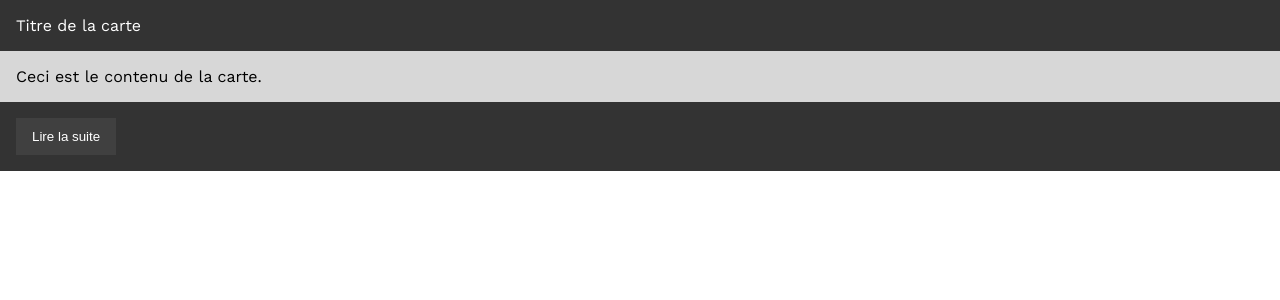
Repository: b3no1t/SASS--the-beginning
Page: exercices/cards/index.html
An editor plug-in stored every save of this project. The page is shown before and after the next save, followed by the edit.
The browser window is 1280 px wide. The pictures show the whole page.

Above is the page before, as saved 2025-01-31 14:09:39.

### exercices/cards/index.html
<!DOCTYPE html>
<html lang="fr">
  <head>
    <meta charset="UTF-8" />
    <meta name="viewport" content="width=device-width, initial-scale=1.0" />
    <meta name="author" content="Benoit Lepage" />
    <link rel="stylesheet" href="./assets/styles/main-prod.css">
    <title>Cards, a combination of BEM and SASS</title>
  </head>
  <body>

    <div class="card">
      <div class="card__header">
        Titre de la carte
      </div>
      <div class="card__body">
        Ceci est le contenu de la carte.
      </div>
      <div class="card__footer">
        <button class="card__button">
          Lire la suite
        </button>
      </div>
    </div>


  </body>
</html>

### exercices/cards/assets/styles/main-prod.css
@import url("https://fonts.googleapis.com/css2?family=Work+Sans:ital,wght@0,100..900;1,100..900&display=swap");
.card {
  font-family: "Work Sans", sans-serif;
}
.card__header {
  background-color: #333;
  color: #fff;
  padding: 1rem;
}
.card__body {
  background-color: #d7d7d7;
  padding: 1rem;
}
.card__footer {
  background-color: #333;
  color: #fff;
  padding: 1rem;
}

.card__button {
  color: #fff;
  padding: 0.7rem 1rem;
  border: none;
  cursor: pointer;
  background-color: hsl(0, 0%, 25%);
}
.card__button:hover {
  background-color: hsl(0, 0%, 65%);
}

*, *::before, *::after {
  box-sizing: border-box;
  margin: 0;
  padding: 0;
}

.cards {
  margin-top: 3em;
  display: flex;
  flex-wrap: wrap;
  gap: 1em;
  justify-content: center;
}

/*# sourceMappingURL=main-prod.css.map */

After the next save:
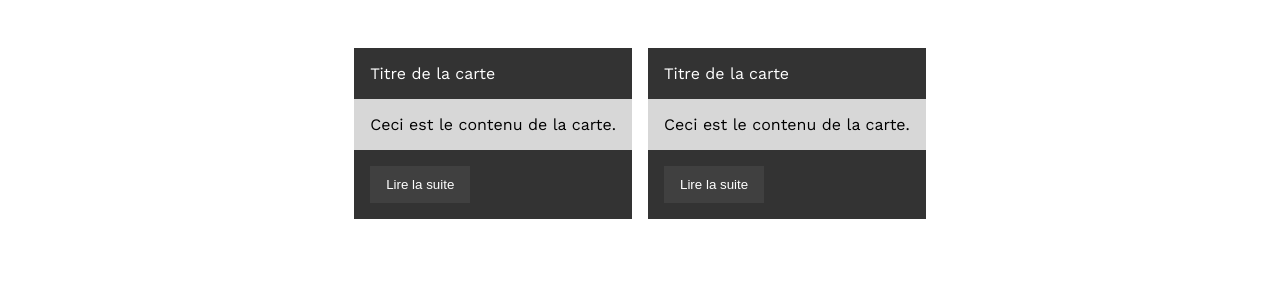
Saved 9 min 20 s later.
--- a/exercices/cards/index.html
+++ b/exercices/cards/index.html
@@ -8,6 +8,22 @@
     <title>Cards, a combination of BEM and SASS</title>
   </head>
   <body>
+<div class="cards">
+
+    <div class="card">
+      <div class="card__header">
+        Titre de la carte
+      </div>
+      <div class="card__body">
+        Ceci est le contenu de la carte.
+      </div>
+
+      <div class="card__footer">
+        <button class="card__button">
+          Lire la suite
+        </button>
+      </div>
+    </div>
 
     <div class="card">
       <div class="card__header">
@@ -23,6 +39,6 @@
       </div>
     </div>
 
-
+  </div>
   </body>
 </html>
